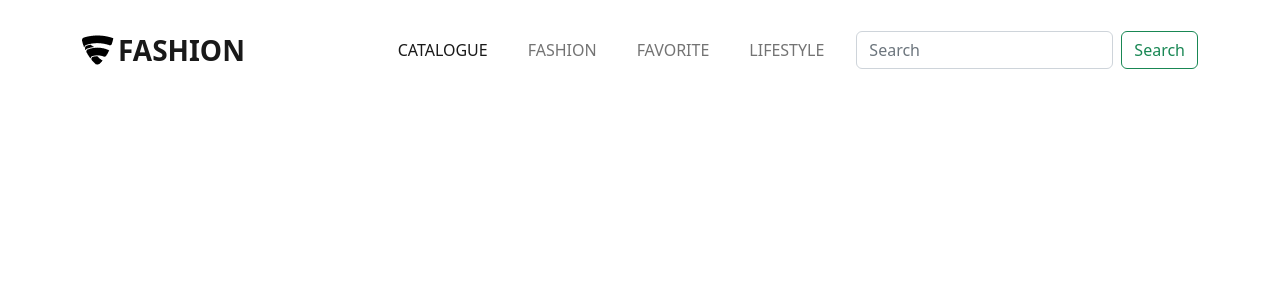
Repository: isaacCodes1/Bootstrap-Nav-Assignment
Page: index.html
The author's editor kept a copy of each file at every save. The page is drawn from the files as they stood at one save, then again after the next save.
The browser window is 1280 px wide. The pictures show the whole page.
Some web libraries are served in a nearby version.

Above is the page before, as saved 2024-03-19 13:23:34.

After the next save:
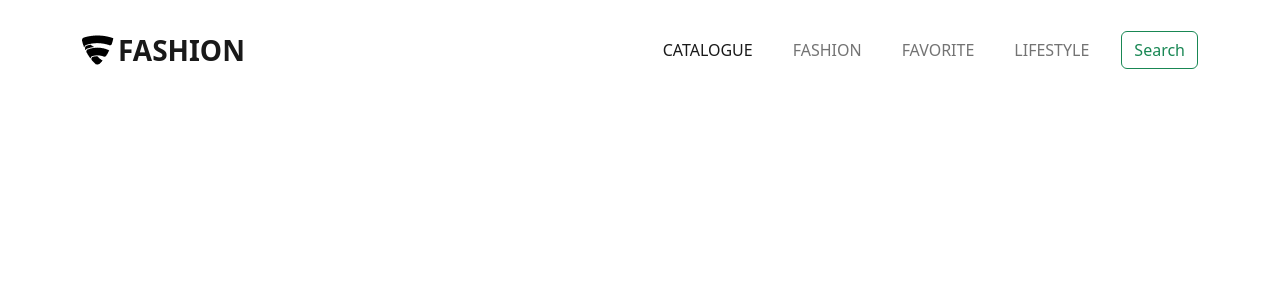
Saved 27 s later.
--- a/index.html
+++ b/index.html
@@ -58,13 +58,7 @@
                 <a class="nav-link" href="#">LIFESTYLE</a>
               </li>
             </ul>
-            <form class="d-flex" role="search">
-              <input
-                class="form-control me-2"
-                type="search"
-                placeholder="Search"
-                aria-label="Search"
-              />
+
               <button class="btn btn-outline-success" type="submit">
                 Search
               </button>
